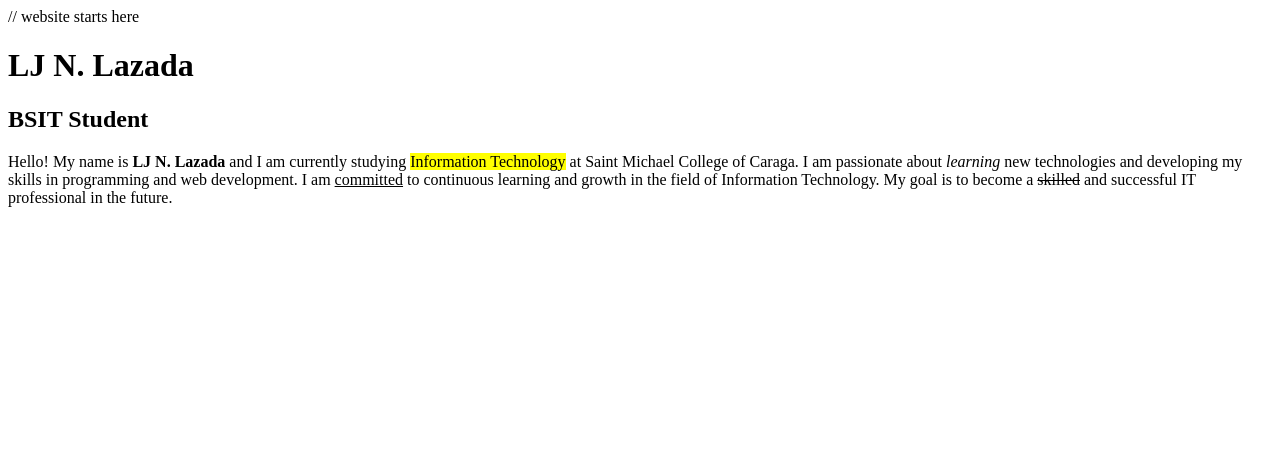
Repository: ljlazada11/myfirsthtml
Page: index.html
An editor plug-in stored every save of this project. The page is shown before and after the next save, followed by the edit.
The browser window is 1280 px wide. The pictures show the whole page.

Above is the page before, as saved 2026-06-24 19:06:24.

### index.html
<!DOCTYPE html>
<html lang="en">
<head>
    <meta charset="UTF-8">
    <meta name="viewport" content="width=device-width, initial-scale=1.0">
    <title>My Personal Web Profile</title>
    <link rel="icon" type="image/x-icon" href="images.png">
    // website starts here

</head>
<body>
    <h1>LJ N. Lazada</h1>
    <h2>BSIT Student</h2>
    <p>Hello! My name is <strong>LJ N. Lazada</strong> and I am currently studying <mark>Information Technology</mark> at Saint Michael College of Caraga. I am passionate about <i>learning</i> new technologies and developing my skills in programming and web development. I am <ins>committed</ins> to continuous learning and growth in the field of Information Technology. My goal is to become a <del>skilled</del> and successful IT professional in the future.</p>
</body>
</html>

After the next save:
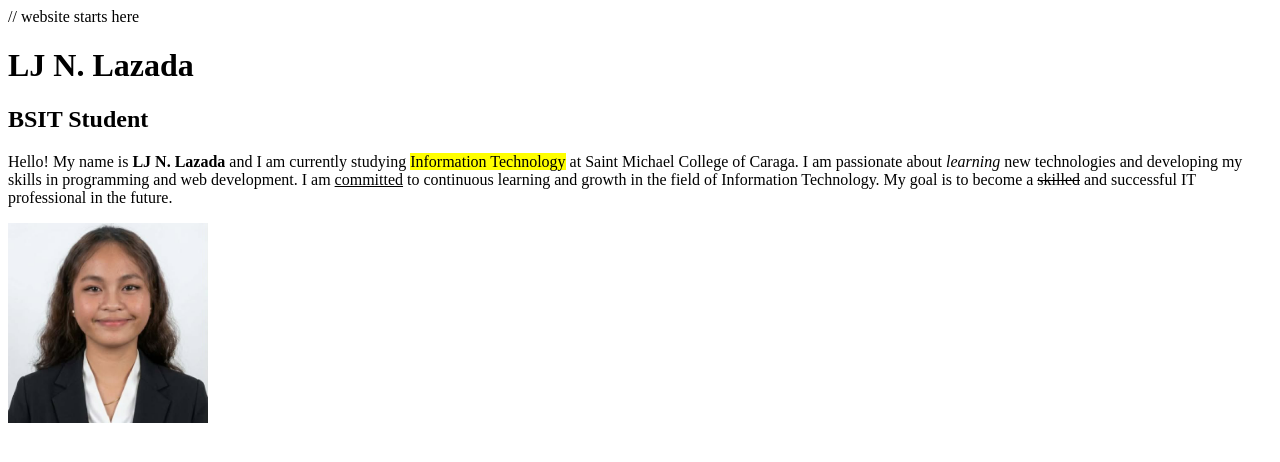
Saved 4 min 32 s later.
--- a/index.html
+++ b/index.html
@@ -12,5 +12,6 @@
     <h1>LJ N. Lazada</h1>
     <h2>BSIT Student</h2>
     <p>Hello! My name is <strong>LJ N. Lazada</strong> and I am currently studying <mark>Information Technology</mark> at Saint Michael College of Caraga. I am passionate about <i>learning</i> new technologies and developing my skills in programming and web development. I am <ins>committed</ins> to continuous learning and growth in the field of Information Technology. My goal is to become a <del>skilled</del> and successful IT professional in the future.</p>
+    <img src="pic.jpg" alt="My	Profile	Picture" width="200">
 </body>
 </html>
